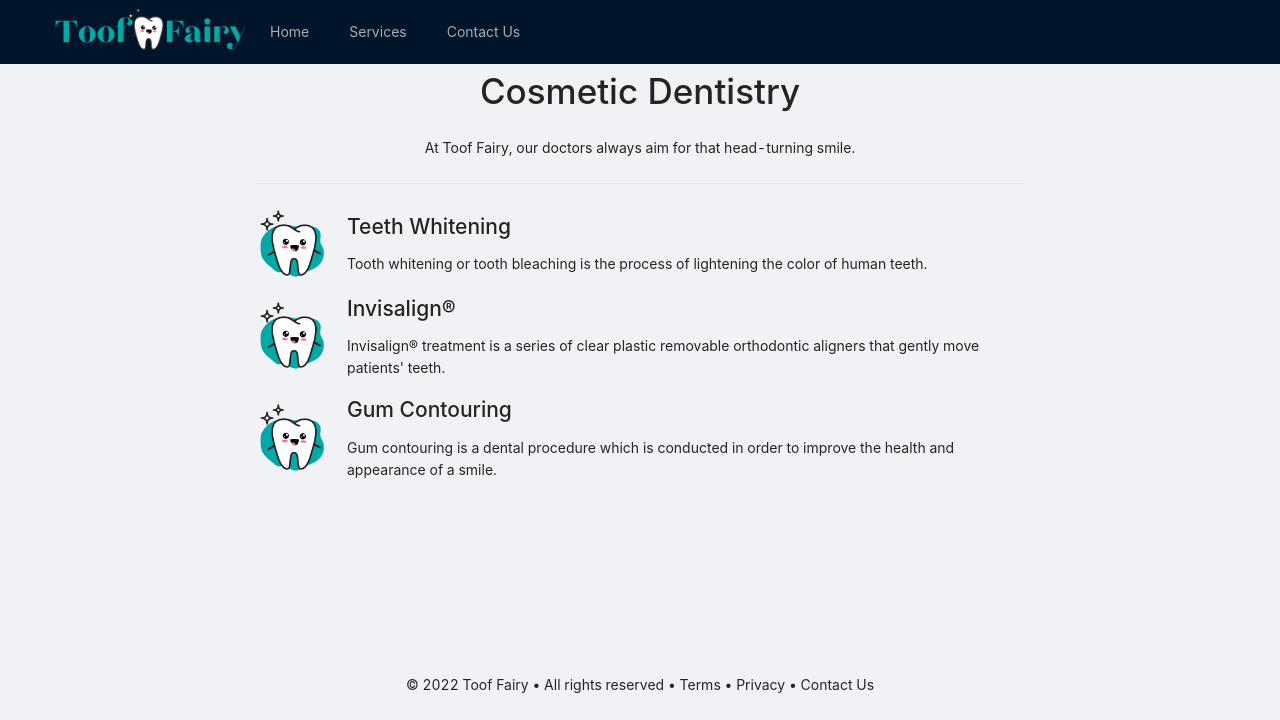
Repository: neldad1/dentist-app
Page: /cosmetic
These files come from the project's save history. The page is drawn as it stood at one moment and after the next save; the edit follows.
The browser window is 1280 px wide. The pictures show the whole page.
The project was rebuilt for these pictures with package versions that can differ from the ones it lists, and the page was loaded fresh each time. Also part of the build but not shown: src/components/Home.jsx, src/components/Contact.jsx, src/components/Services/Restorative.jsx, src/components/Services/Preventative.jsx.

Above is the page before, as saved 2022-03-10 12:50:19.

### public/index.html
<!DOCTYPE html>
<html lang="en">
  <head>
    <meta charset="utf-8" />
    <link rel="icon" href="%PUBLIC_URL%/favicon.svg" type="image/svg+xml">
    <meta name="viewport" content="width=device-width, initial-scale=1" />
    <meta name="theme-color" content="#000000" />
    <meta
      name="description"
      content="Web site created using create-react-app"
    />
    <link rel="apple-touch-icon" href="%PUBLIC_URL%/logo192.png" />
    <!--
      manifest.json provides metadata used when your web app is installed on a
      user's mobile device or desktop. See https://developers.google.com/web/fundamentals/web-app-manifest/
    -->
    <link rel="manifest" href="%PUBLIC_URL%/manifest.json" />
    <!--
      Notice the use of %PUBLIC_URL% in the tags above.
      It will be replaced with the URL of the `public` folder during the build.
      Only files inside the `public` folder can be referenced from the HTML.

      Unlike "/favicon.ico" or "favicon.ico", "%PUBLIC_URL%/favicon.ico" will
      work correctly both with client-side routing and a non-root public URL.
      Learn how to configure a non-root public URL by running `npm run build`.
    -->
    <title>React App</title>
  </head>
  <body>
    <noscript>You need to enable JavaScript to run this app.</noscript>
    <div id="root"></div>
    <!--
      This HTML file is a template.
      If you open it directly in the browser, you will see an empty page.

      You can add webfonts, meta tags, or analytics to this file.
      The build step will place the bundled scripts into the <body> tag.

      To begin the development, run `npm start` or `yarn start`.
      To create a production bundle, use `npm run build` or `yarn build`.
    -->
  </body>
</html>

### src/index.js
import React from 'react';
import ReactDOM from 'react-dom';
import './index.css';
import App from './App';
import reportWebVitals from './reportWebVitals';

ReactDOM.render(
  //<React.StrictMode>
  <App />,
  //</React.StrictMode>,
  document.getElementById('root')
);

// If you want to start measuring performance in your app, pass a function
// to log results (for example: reportWebVitals(console.log))
// or send to an analytics endpoint. Learn more: https://bit.ly/CRA-vitals
reportWebVitals();

### src/App.js
import { BrowserRouter } from 'react-router-dom';
import './App.css';
import 'antd/dist/antd.min.css';
import Navigation from './components/Router/Navigation';
import AppRoutes from './components/Router/AppRoutes';
import { Layout } from 'antd';
import HeaderLogo from './components/HeaderLogo';
const { Header, Footer, Content } = Layout;

function App() {
  return (
    <Layout className="layout">
      <BrowserRouter>
        <Header>
          <HeaderLogo />
          <Navigation />
        </Header>
        <Content>
          <AppRoutes />
        </Content>
      </BrowserRouter>
      <Footer className="footer">
        © 2022 Toof Fairy • All rights reserved • Terms • Privacy • Contact Us
      </Footer>
    </Layout>
  );
}

export default App;

### src/App.css
h1 {
  font-size: 2.5em;
}

.layout {
  height: 100vh;
  width: 100vw;
  text-align: center;
}

.navigation {
  background: white;
}

.logo {
  width: 200px;
  height: 50px;
  float: left;
  margin-top: 4px;
}

.footer {
  color: white;
}

.intro-wrapper {
  text-align: center;
}

.home {
  width: 100%;
  height: 100%;
  display: flex;
  justify-content: center;
  align-items: center;
  background-image: url('/public/tfBackground.jpg');
  background-size: cover;
  background-repeat: no-repeat;
}

.content-wrapper {
  width: 50%;
  font-family: 'Segoe UI', sans-serif;
  margin-left: 10em;
  color: whitesmoke;
  display: block;
}
.tagline1 {
  font-weight: bolder;
  font-size: 2em;
  margin: 0;
  line-height: 1;
}

.contact-form {
  text-align: left;
}

.main-content {
  height: 100%;
  width: 60%;
  overflow-y: scroll;
  display: block;
  margin: 0 auto;
}

.service-info {
  display: flex;
  text-align: left;
  margin-bottom: 1em;
  align-items: center;
}

.service-definition {
  margin-left: 1.5em;
}

@media screen and (max-width: 768px) {
  .main-content {
    width: 100%;
    margin: 0.5em;
  }
}

### src/components/Router/Navigation.jsx
import { Link } from 'react-router-dom';
import { Menu } from 'antd';
const { SubMenu } = Menu;

const Navigation = () => {
  return (
    <Menu mode="horizontal" theme="dark">
      <Menu.Item key="home">
        <span>Home</span>
        <Link to="/" />
      </Menu.Item>
      <SubMenu key="subMenu" title="Services">
        <Menu.Item key="cosmetic">
          <span>Cosmetic</span>
          <Link to="/cosmetic" />
        </Menu.Item>
        <Menu.Item key="restore">
          <span>Restorative</span>
          <Link to="/restorative" />
        </Menu.Item>
        <Menu.Item key="prevent">
          <span>Preventative</span>
          <Link to="/preventative" />
        </Menu.Item>
      </SubMenu>
      <Menu.Item key="contact">
        <span>Contact Us</span>
        <Link to="/contact" />
      </Menu.Item>
    </Menu>
  );
};

export default Navigation;

### src/components/Router/AppRoutes.jsx
import { Route, Routes } from 'react-router-dom';
import Home from '../Home';
import Contact from '../Contact';
import Cosmetic from '../Services/Cosmetic';
import Restorative from '../Services/Restorative';
import Preventative from '../Services/Preventative';

const AppRoutes = () => {
  return (
    <Routes>
      <Route exact path="/" element={<Home />} />
      <Route path="/cosmetic" element={<Cosmetic />} />
      <Route path="/restorative" element={<Restorative />} />
      <Route path="/preventative" element={<Preventative />} />
      <Route path="/contact" element={<Contact />} />
    </Routes>
  );
};

export default AppRoutes;

### src/components/HeaderLogo.jsx
import { Link } from 'react-router-dom';

const HeaderLogo = () => {
  return (
    <Link to="/">
      <img className="logo" src={require('../tfLogo.png')} alt="TF" />
    </Link>
  );
};

export default HeaderLogo;

### src/components/Services/Cosmetic.jsx
import { Divider } from 'antd';
import ToofImg from './ToofImg';

const Cosmetic = () => {
  return (
    <div className="main-content">
      <div>
        <h1>Cosmetic Dentistry</h1>
        <p>
          At Toof Fairy, our doctors always aim for that head-turning smile.
        </p>
      </div>
      <Divider />
      <div className="service-info">
        <ToofImg />
        <div className="service-definition">
          <h2>Teeth Whitening</h2>
          <span>
            Tooth whitening or tooth bleaching is the process of lightening the
            color of human teeth.
          </span>
        </div>
      </div>
      <div className="service-info">
        <ToofImg />
        <div className="service-definition">
          <h2>Invisalign®</h2>
          <span>
            Invisalign® treatment is a series of clear plastic removable
            orthodontic aligners that gently move patients' teeth.{' '}
          </span>
        </div>
      </div>
      <div className="service-info">
        <ToofImg />
        <div className="service-definition">
          <h2>Gum Contouring</h2>
          <span>
            Gum contouring is a dental procedure which is conducted in order to
            improve the health and appearance of a smile.{' '}
          </span>
        </div>
      </div>
    </div>
  );
};

export default Cosmetic;

### src/components/Services/ToofImg.jsx
import { Image } from 'antd';

const ToofImg = () => {
  return (
    <div>
      <Image
        width={70}
        preview={false}
        src={require('../../toof.png')}
        alt="toof"
      />
    </div>
  );
};

export default ToofImg;

Loaded but not shown: src/index.css (common file); src/reportWebVitals.js (common file)

After the next save:
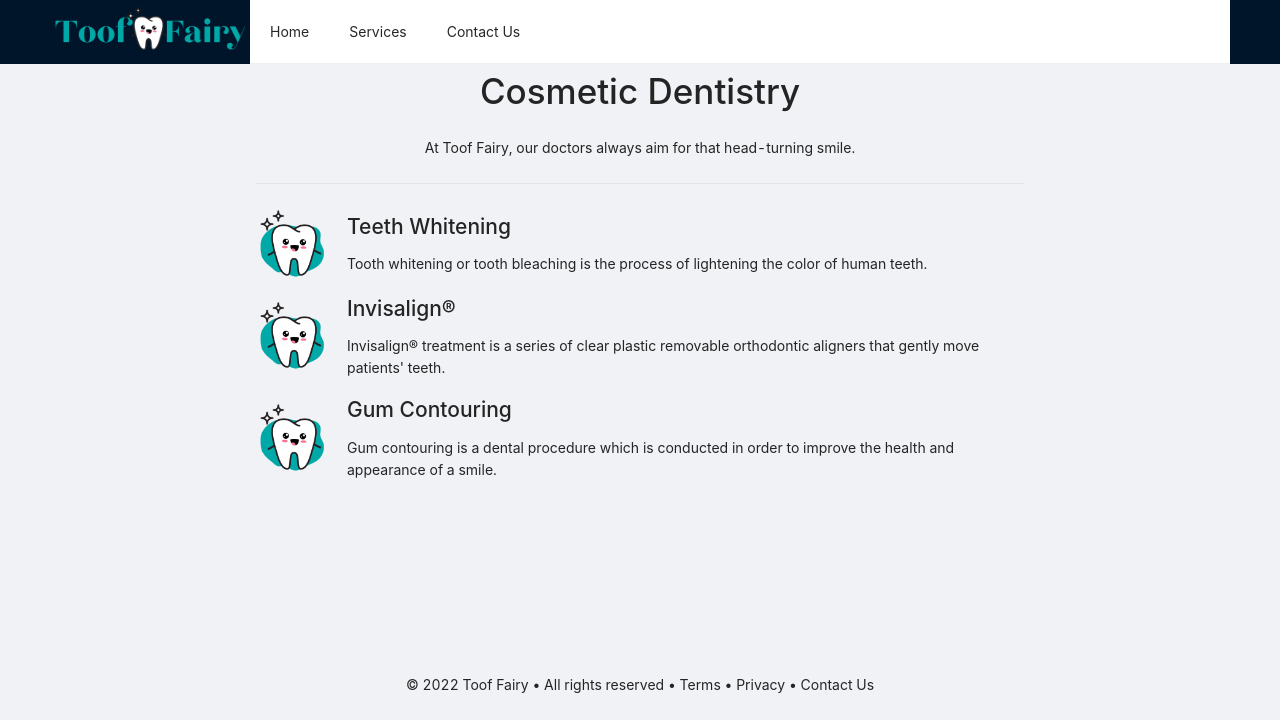
Saved 23 s later.
--- a/src/components/Router/Navigation.jsx
+++ b/src/components/Router/Navigation.jsx
@@ -4,7 +4,7 @@ const { SubMenu } = Menu;
 
 const Navigation = () => {
   return (
-    <Menu mode="horizontal" theme="dark">
+    <Menu mode="horizontal" theme="light">
       <Menu.Item key="home">
         <span>Home</span>
         <Link to="/" />
